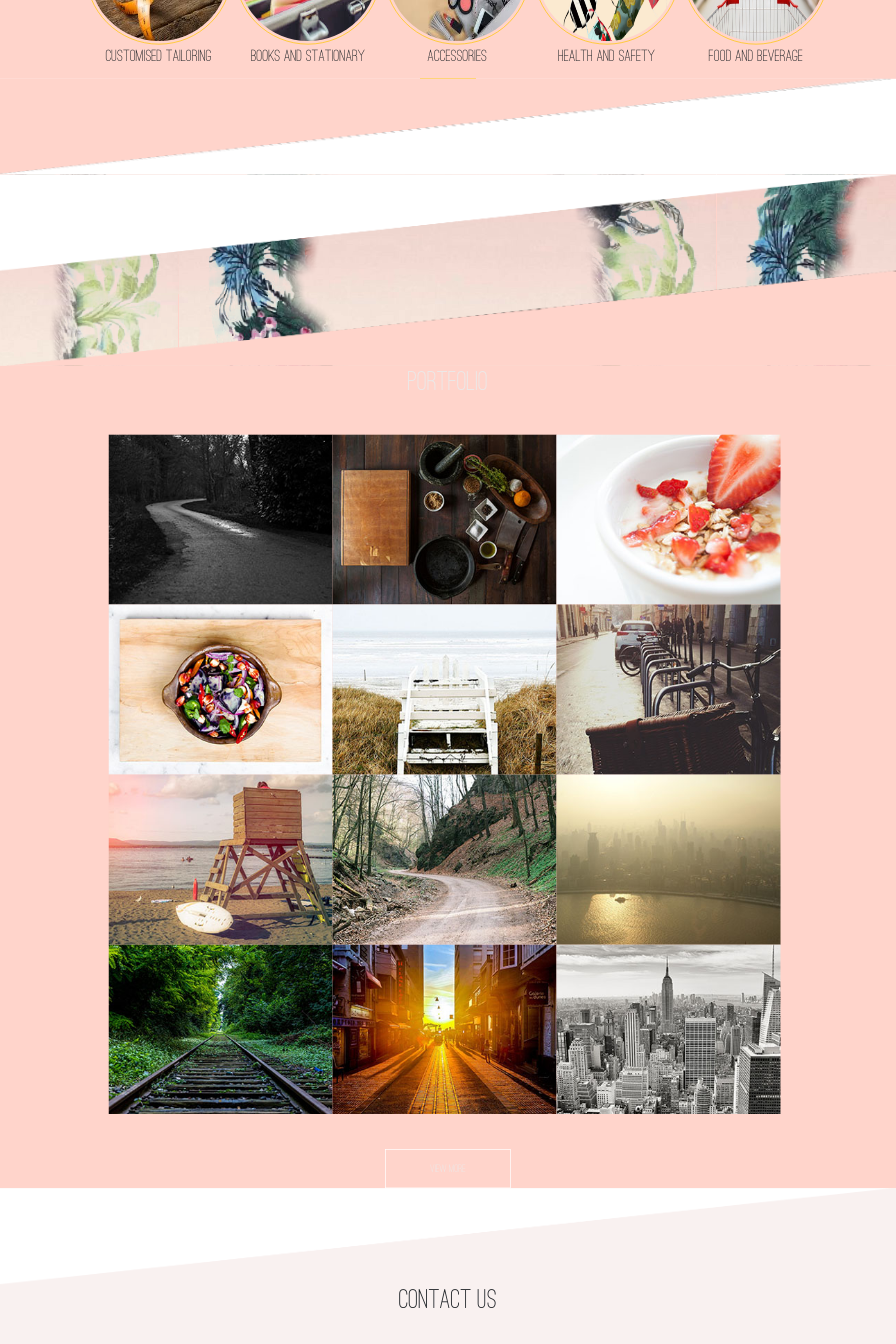
Repository: Demonster1999/newshoperrepo
Page: index.html
The author's editor kept a copy of each file at every save. The page is drawn from the files as they stood at one save, then again after a run of saves.
The browser window is 1280 px wide. The pictures show the part of the page from y = 2521 to 4441 px (the page is 5109 px tall before and 4972 px after), at 70% of full size.
Some web libraries are served in a nearby version.

Above is the page before, as saved 2020-07-21 15:07:19.
Console error: TypeError: Cannot read properties of null (reading 'getContext')

After the next 2 saves:
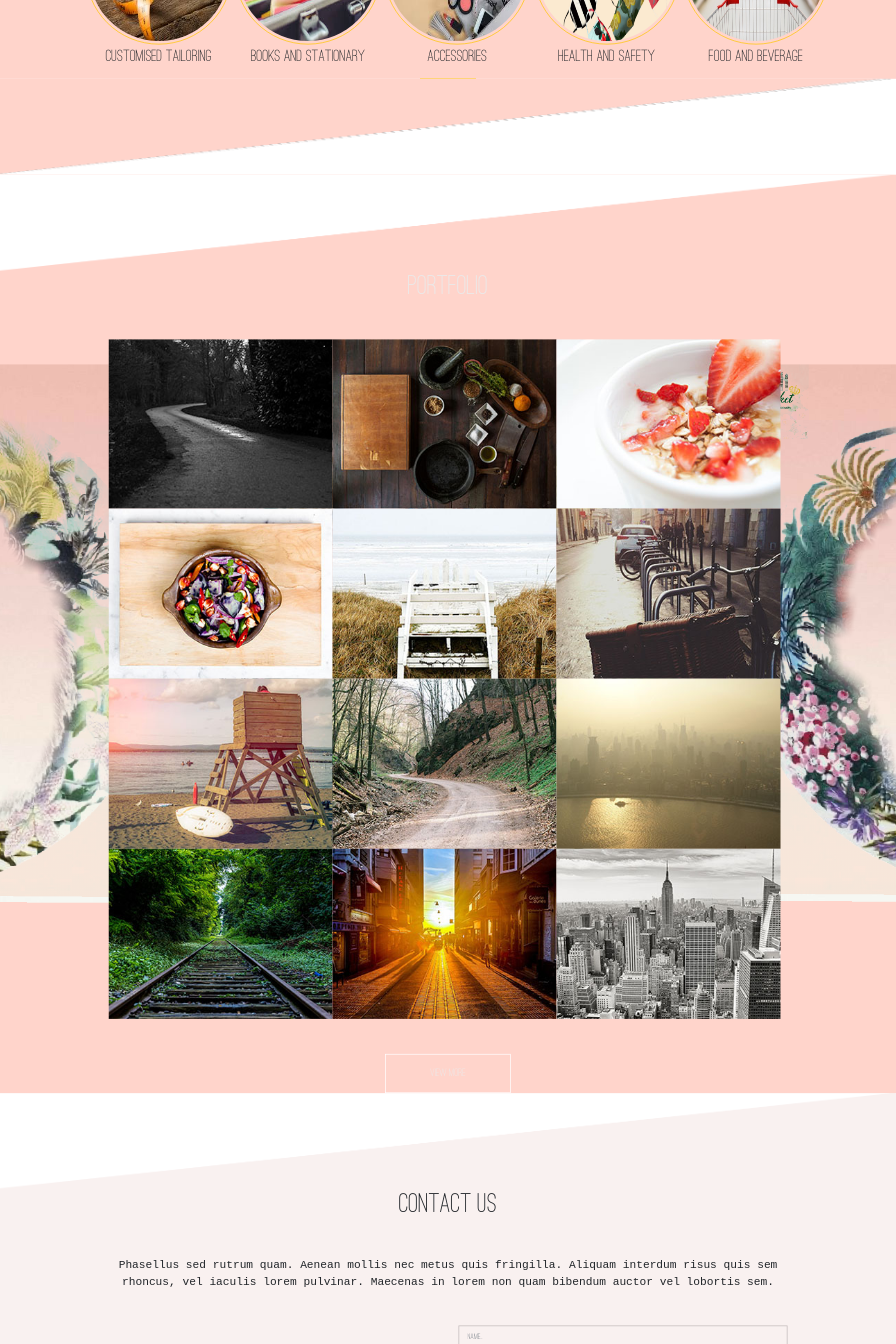
The 2 saves are shown as one change because they came seconds apart.
The last was saved 35 s later.
--- a/index.html
+++ b/index.html
@@ -292,17 +292,7 @@
 
 		<section class="london-market-services tm-section tm-orange-bg-transparent" id="services" >
 			<img src="images/tm-border-white-top.png" alt="Border" class="tm-border">
-<!-- 			content in between -->
-
-			<img src="images/tm-border-black-bottom.png" alt="Border" class="tm-border">
-		</section> <!-- services -->
-
-
-
-
-
-
-		<section class="tm-dark-bg tm-section" id="portfolio">
+
 
 			<div class="container">
 					<div class="row">
